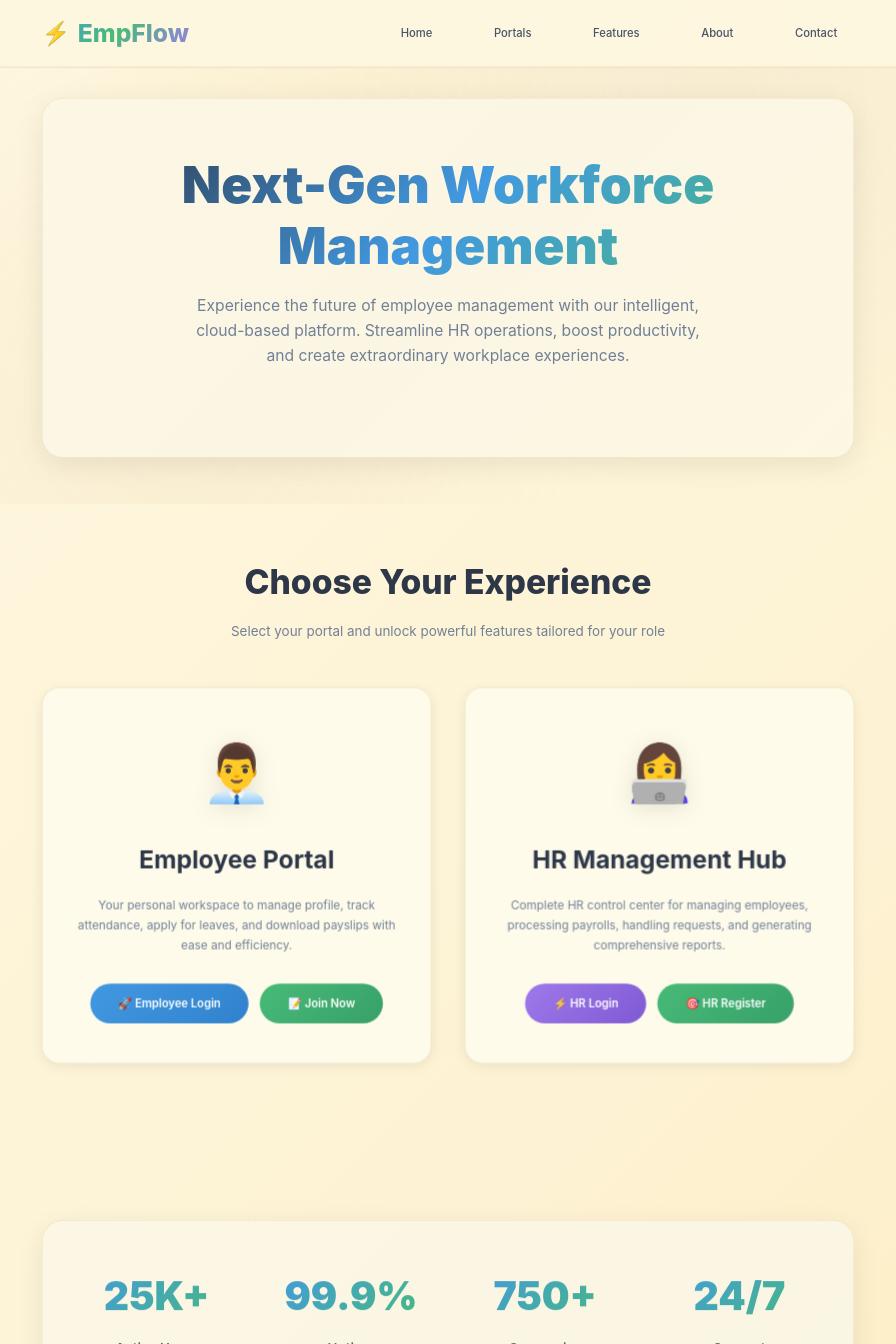
Repository: Shwetannarkhede/EmployeeHub
Page: EmployeeManagemntSystem/src/main/webapp/Home.html
An editor plug-in stored every save of this project. The page is shown before and after the next save, followed by the edit.
The browser window is 1280 px wide. The pictures show the part of the page from y = 0 to 1920 px (the page is 3602 px tall), at 70% of full size.

Above is the page before, as saved 2025-09-20 15:01:19.

After the next save:
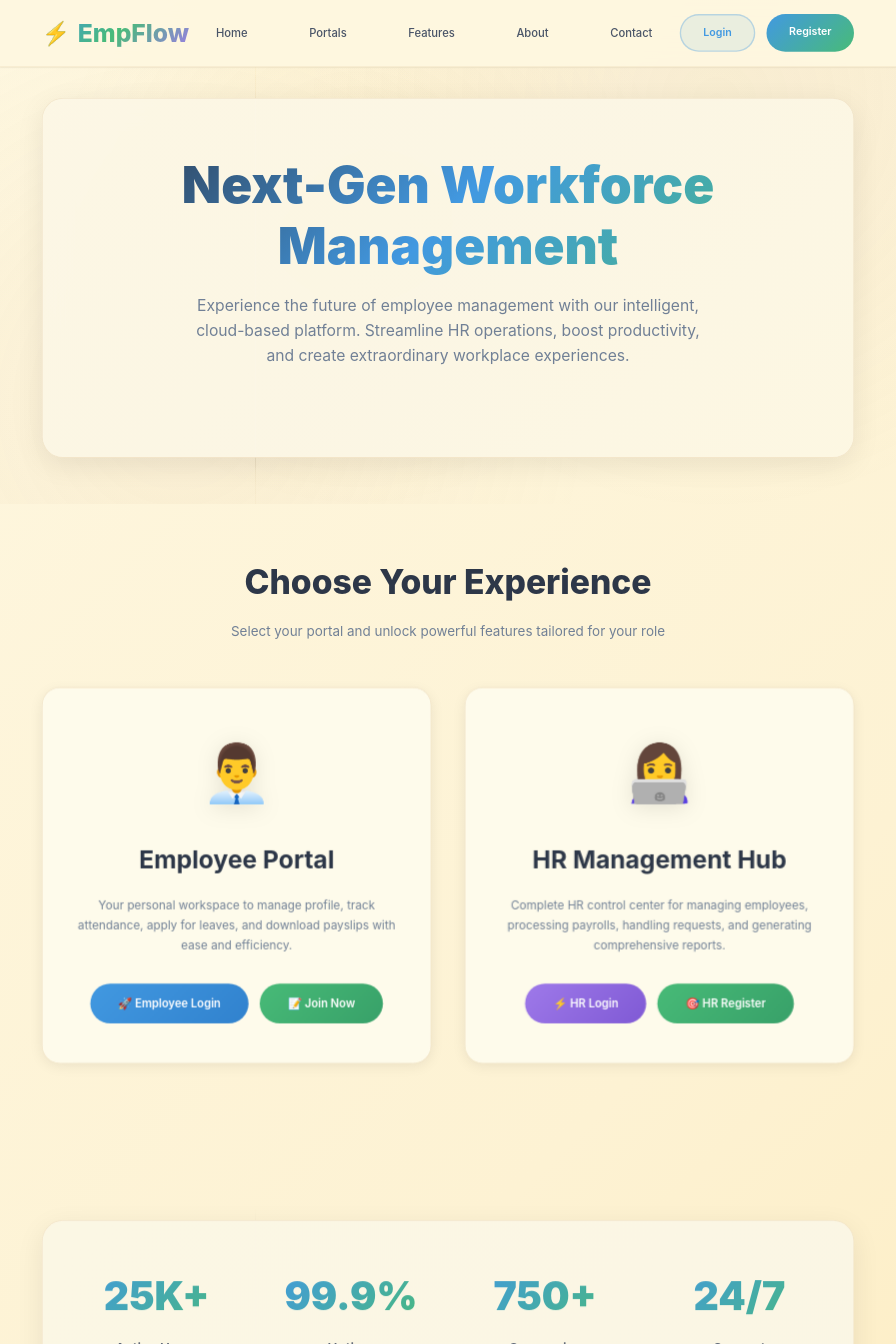
Saved 78 s later.
--- a/EmployeeManagemntSystem/src/main/webapp/Home.html
+++ b/EmployeeManagemntSystem/src/main/webapp/Home.html
@@ -17,10 +17,10 @@
                 <li><a href="#about">About</a></li>
                 <li><a href="#contact">Contact</a></li>
             </ul>
-            <!-- <div class="auth-buttons">
-                <a href="#login" class="btn-nav btn-login">Login</a>
-                <a href="#register" class="btn-nav btn-register">Register</a>
-            </div>-->
+            <div class="auth-buttons">
+                <a href="" class="btn-nav btn-login">Login</a>
+                <a href="Registeration.html" class="btn-nav btn-register">Register</a>
+            </div>
             <button class="mobile-menu">☰</button>
         </nav>
     </header>
